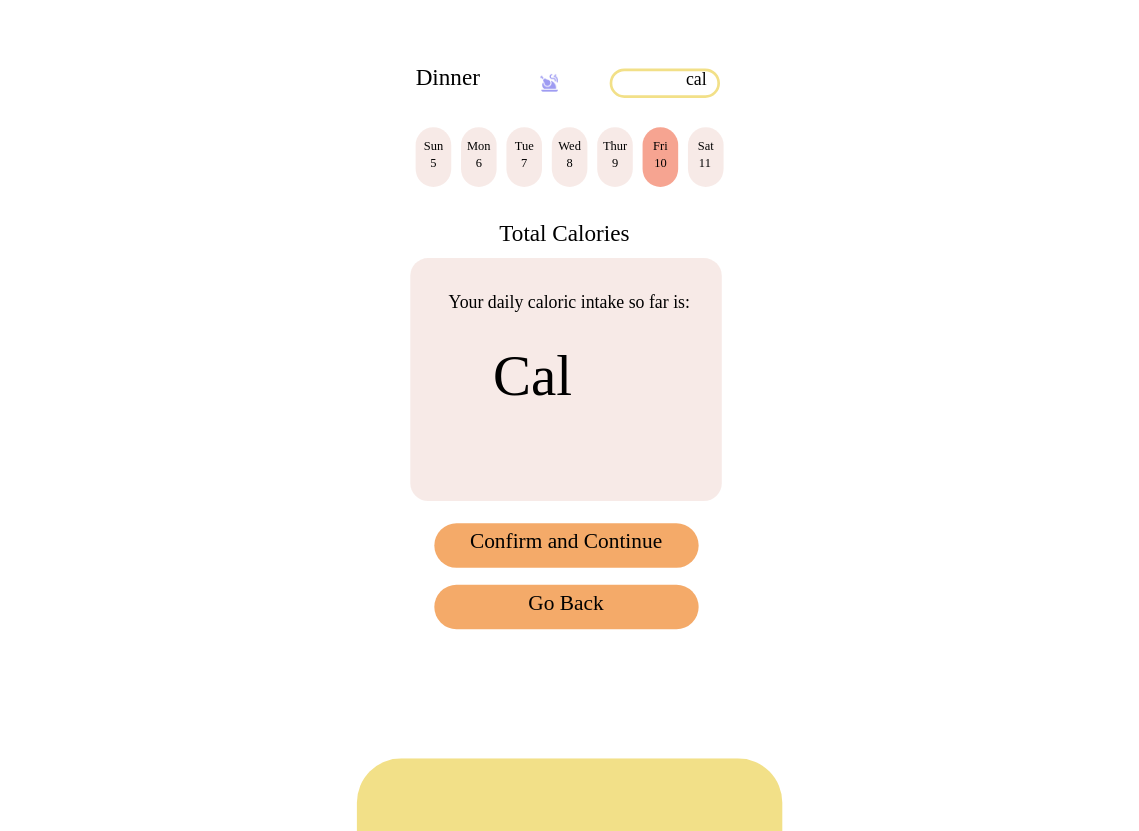
Repository: MeowCeline00/G5-Calorie-Tracker
Page: DinnerCalCounter/index.html
The author's editor kept a copy of each file at every save. The page is drawn from the files as they stood at one save, then again after a run of saves.
The browser window is 1280 px wide. The pictures show the whole page, at 89% of full size.

Above is the page before, as saved 2024-05-26 14:15:17.

### DinnerCalCounter/index.html
<!DOCTYPE html>
<html>
<head>
  	<meta charset="utf-8">
  	<meta name="viewport" content="initial-scale=1, width=device-width">

  	<link rel="stylesheet" href="./global.css" />
  	<link rel="stylesheet"  href="./index.css" />

</head>
<body>
	<div class="pageContainer">
		<div class="pageInnerContainer">
			<!-- <div class="add-page-container"> -->
  	<div class="add-page">
    		<div class="add-page-child">
    		</div>
    		<div class="add-page-item">
    		</div>
    		<div class="add-page-inner">
    		</div>
    		<div class="rectangle-div">
    		</div>
    		<div class="add-page-child1">
    		</div>
    		<div class="add-page-child2">
    		</div>
    		<div class="add-page-child3">
    		</div>
    		<div class="add-page-child4">
    		</div>

    		<div class="total-calories">Total Calories</div>
    		<div class="breakfast">Dinner</div>
    		<div class="div">5</div>
    		<div class="sun">Sun</div>
    		<div class="mon">Mon</div>
    		<div class="tue">Tue</div>
    		<div class="wed">Wed</div>
    		<div class="thur">Thur</div>
    		<div class="fri">Fri</div>
    		<div class="sat">Sat</div>
    		<div class="div1">6</div>
    		<div class="div2">7</div>
    		<div class="div3">8</div>
    		<div class="div4">9</div>
    		<div class="div5">10</div>
    		<div class="div6">11</div>
    		<div class="add-page-child5">
    		</div>
    		<div class="add-page-child6">
    		</div>
    		<div class="confirm-and-continue">Confirm and Continue</div>
			<div><a class="go-back" href="/dinnerAddPage/index.html">Go Back</a></div>    		<div class="add-page-child7">
    		</div>
    		<div class="cal">cal</div>
    		<img class="fluent-mdl2breakfast-icon" alt="diner" src="/Images/mdi_dinner.png">

    		<div class="add-page-child8">
    		</div>
    		<div class="your-daily-caloric">Your daily caloric intake so far is:</div>
    		<div class="cal1">
      			<span></span>
      			<span class="cal2">Cal</span>
			</div>
			</div>

	  <div class="navBarContainer">
		<div class="navBar">
		<!-- <a href="/index.html"><img class="image1" src="/Images/Vector.png "></a>
		<a href="/index.html"><img class="image02"src="/Images/vector02.png "></a>
		<a href="/index.html"><img class="image03" src="/Images/Vector1.png"></a> -->
		</div>
	</div>
</div>
</div>




</body>
</html>

### DinnerCalCounter/global.css

body {
    margin: 0;
    line-height: normal;
}


:root {

    /* fonts */
    --body-20-medium: Catamaran;
    --heading-26-regular: Saira;

    /* font sizes */
    --body-20-medium-size: 20px;
    --font-size-sm: 14px;
    --heading-26-regular-size: 26px;
    --body-24-regular-size: 24px;

    /* Colors */
    --purple: #9e9bf2;
    --yellow: #f2e088;
    --color-black: #000;
    --lighter-nav-bar: rgba(247, 232, 229, 0.9);
    --color-sandybrown: rgba(242, 149, 68, 0.8);

    /* Border radiuses */
    --br-xl: 20px;
    --br-17xl: 36px;

}

### DinnerCalCounter/index.css
.add-page-child {
    position: absolute;
    top: 582px;
    left: 0px;
    width: 393px;
    height: 55px;
}
.add-page-item {
    position: absolute;
    top: 143px;
    left: 26px;
    border-radius: var(--br-xl);
    background-color: var(--lighter-nav-bar);
    width: 40px;
    height: 67px;
}
.add-page-inner {
    position: absolute;
    top: 143px;
    left: 77px;
    border-radius: var(--br-xl);
    background-color: var(--lighter-nav-bar);
    width: 40px;
    height: 67px;
}
.rectangle-div {
    position: absolute;
    top: 143px;
    left: 128px;
    border-radius: var(--br-xl);
    background-color: var(--lighter-nav-bar);
    width: 40px;
    height: 67px;
}
.add-page-child1 {
    position: absolute;
    top: 143px;
    left: 179px;
    border-radius: var(--br-xl);
    background-color: var(--lighter-nav-bar);
    width: 40px;
    height: 67px;
}
.add-page-child2 {
    position: absolute;
    top: 143px;
    left: 230px;
    border-radius: var(--br-xl);
    background-color: var(--lighter-nav-bar);
    width: 40px;
    height: 67px;
}
.add-page-child3 {
    position: absolute;
    top: 143px;
    left: 281px;
    border-radius: var(--br-xl);
    background-color: rgba(242, 126, 99, 0.7);
    width: 40px;
    height: 67px;
}
.add-page-child4 {
    position: absolute;
    top: 143px;
    left: 332px;
    border-radius: var(--br-xl);
    background-color: var(--lighter-nav-bar);
    width: 40px;
    height: 67px;
}
.nav-bar-icon {
    position: absolute;
    top: 726px;
    left: 0px;
    width: 393px;
    height: 126px;
}
.total-calories {
    position: absolute;
    top: 248px;
    left: 120px;
    font-size: var(--heading-26-regular-size);
    font-weight: 500;
    font-family: var(--heading-26-regular);
    text-align: left;
    display: inline-block;
    width: 163px;
    height: 42px;
}
.breakfast {
    position: absolute;
    top: 72px;
    left: 26px;
    font-size: var(--heading-26-regular-size);
    font-weight: 500;
    font-family: var(--heading-26-regular);
    text-align: left;
    display: inline-block;
    width: 130px;
    height: 42px;
}
.div {
    position: absolute;
    top: 176px;
    left: 26px;
    display: inline-block;
    width: 40px;
    height: 42px;
}
.sun {
    position: absolute;
    top: 156px;
    left: 26px;
    display: inline-block;
    width: 40px;
    height: 20px;
}
.mon {
    position: absolute;
    top: 156px;
    left: 77px;
    display: inline-block;
    width: 40px;
    height: 20px;
}
.tue {
    position: absolute;
    top: 156px;
    left: 128px;
    display: inline-block;
    width: 40px;
    height: 20px;
}
.wed {
    position: absolute;
    top: 156px;
    left: 179px;
    display: inline-block;
    width: 40px;
    height: 20px;
}
.thur {
    position: absolute;
    top: 156px;
    left: 230px;
    display: inline-block;
    width: 40px;
    height: 20px;
}
.fri {
    position: absolute;
    top: 156px;
    left: 281px;
    display: inline-block;
    width: 40px;
    height: 20px;
}
.sat {
    position: absolute;
    top: 156px;
    left: 332px;
    display: inline-block;
    width: 40px;
    height: 20px;
}
.div1 {
    position: absolute;
    top: 176px;
    left: 77px;
    display: inline-block;
    width: 40px;
    height: 42px;
}
.div2 {
    position: absolute;
    top: 176px;
    left: 128px;
    display: inline-block;
    width: 40px;
    height: 42px;
}
.div3 {
    position: absolute;
    top: 176px;
    left: 179px;
    display: inline-block;
    width: 40px;
    height: 42px;
}
.div4 {
    position: absolute;
    top: 176px;
    left: 230px;
    display: inline-block;
    width: 40px;
    height: 42px;
}
.div5 {
    position: absolute;
    top: 176px;
    left: 281px;
    display: inline-block;
    width: 40px;
    height: 42px;
}
.div6 {
    position: absolute;
    top: 176px;
    left: 332px;
    display: inline-block;
    width: 38px;
    height: 42px;
}
.add-page-child5 {
    position: absolute;
    top: 588px;
    left: 47px;
    border-radius: var(--br-17xl);
    background-color: var(--color-sandybrown);
    width: 297px;
    height: 50px;
}
.add-page-child6 {
    position: absolute;
    top: 657px;
    left: 47px;
    border-radius: var(--br-17xl);
    background-color: var(--color-sandybrown);
    width: 297px;
    height: 50px;
}
.confirm-and-continue {
    position: absolute;
    top: 595px;
    left: 80px;
    font-size: var(--body-24-regular-size);
    display: inline-block;
    width: 230px;
    height: 42px;
}
.go-back {
    position: absolute;
    top: 664px;
    left: 80px;
    font-size: var(--body-24-regular-size);
    display: inline-block;
    width: 230px;
    height: 42px;
    cursor: pointer;
    text-decoration: none;
    color: black
}
.add-page-child7 {
    position: absolute;
    top: 77px;
    left: 244px;
    border-radius: var(--br-xl);
    background-color: #fff;
    border: 3px solid var(--yellow);
    box-sizing: border-box;
    width: 124px;
    height: 33px;
}
.cal {
    position: absolute;
    top: 78px;
    left: 313px;
    font-size: var(--body-20-medium-size);
    font-weight: 500;
    color: var(--color-cornflowerblue);
    text-align: right;
    display: inline-block;
    width: 40px;
    height: 23px;
}
.fluent-mdl2breakfast-icon {
    position: absolute;
    top: 81px;
    left: 164px;
    width: 25px;
    height: 25px;
}
.add-page-child8 {
    position: absolute;
    top: 290px;
    left: 20px;
    border-radius: var(--br-xl);
    background-color: var(--lighter-nav-bar);
    width: 350px;
    height: 273px;
}
.your-daily-caloric {
    position: absolute;
    top: 328px;
    left: 63px;
    font-size: var(--body-20-medium-size);
}
.cal2 {
    color: var(--color-cornflowerblue);
}
.cal1 {
    position: absolute;
    top: 386px;
    left: 113px;
    font-size: 64px;
    text-align: right;
}
.add-page {
    width: 100%;
    position: relative;
    background-color: rgba(255, 255, 255, 0.92);
    height: 852px;
    overflow: hidden;
    text-align: center;
    font-size: var(--font-size-sm);
    color: var(--color-black);
    font-family: var(--body-20-medium);
    left: 40px;
}


.navBar {
    background-color: #F2E088;
    width: 430px;
    height: 50px;
    display: flex;
    flex-direction: row;
    justify-content: space-between;
    align-items: center;
    padding-left: 1.5em;
    padding-right: 1.5em;
    padding-top: 1em;
    padding-bottom: 1em;
    border-top-left-radius: 50px;
    border-top-right-radius: 50px;
}

.image1 {
    width: 50px;
    height: 42.5;
}
.image02 {
    position: relative;
    width: 66.67px;
    height: 66.67px;
    background-color: #fff;
    padding:0.25em ;
    border-radius: 360px;
    top: -50px;
}

.image03 {
    width: 41.25px;
    height: 45.58;
}

.navBar a {
    padding: 0em;
    margin: 0em;
}

.pageContainer {
    display: flex;

    flex-direction: column;
    align-items: center;


}
.pageInnerContainer {
    display: flex;
    flex-direction: column;
    align-items: center;
    justify-content: center;

}

.add-page-container {
    display: flex;
    justify-content: center;
    flex-direction: column;
}

### scripts/app.js
document.addEventListener('DOMContentLoaded', () => {
    navigateTo('landing');
});

function navigateTo(page) {
    switch (page) {
        case 'landing':
            renderLandingPage();
            break;
        case 'home':
            renderHomePage();
            break;
        case 'profile':
            renderProfilePage();
            break;
        case 'lunchCalorie':
            window.location.href = '/lunchAddPage/index.html';
            break;
        case 'addNew':
            window.location.href = '/addPage/Add.html';
            break;
        case 'dinnerCalorie':
            window.location.href = '/dinnerAddPage/index.html';
            break;
        case 'snacksCalorie':
            window.location.href = '/snacksAddPage/index.html';
            break;
        case 'breakfastCalorie':
            window.location.href = '/breakfastAddPage/index.html';
            break;
        case 'burnedCalorie':
            window.location.href = '/burnedAddPage/index.html';
            break;
        default:
            console.error('Invalid page:', page);
            break;
    }
}

### scripts/navbar.js
function renderNavbar() {
    return `
      <div class="navContainer">
        <nav class="navbar">
          <div class="navItem" onclick="navigateTo('home')">
            <img src="/images/home_icon.svg" alt="Home" width="60" height="60" />
          </div>
          <div class="addButtonContainer">
            <div class="addnewButton" onclick="navigateTo('addNew')">
              <img src="/images/add_icon.svg" alt="Add" width="80" height="80" />
            </div>
          </div>
          <div class="navItem" onclick="navigateTo('recipes')">
            <img src="/images/recipes_icon.svg" alt="Recipes" width="55" height="55" />
          </div>
        </nav>
      </div>
    `;
}

After the next 2 saves:
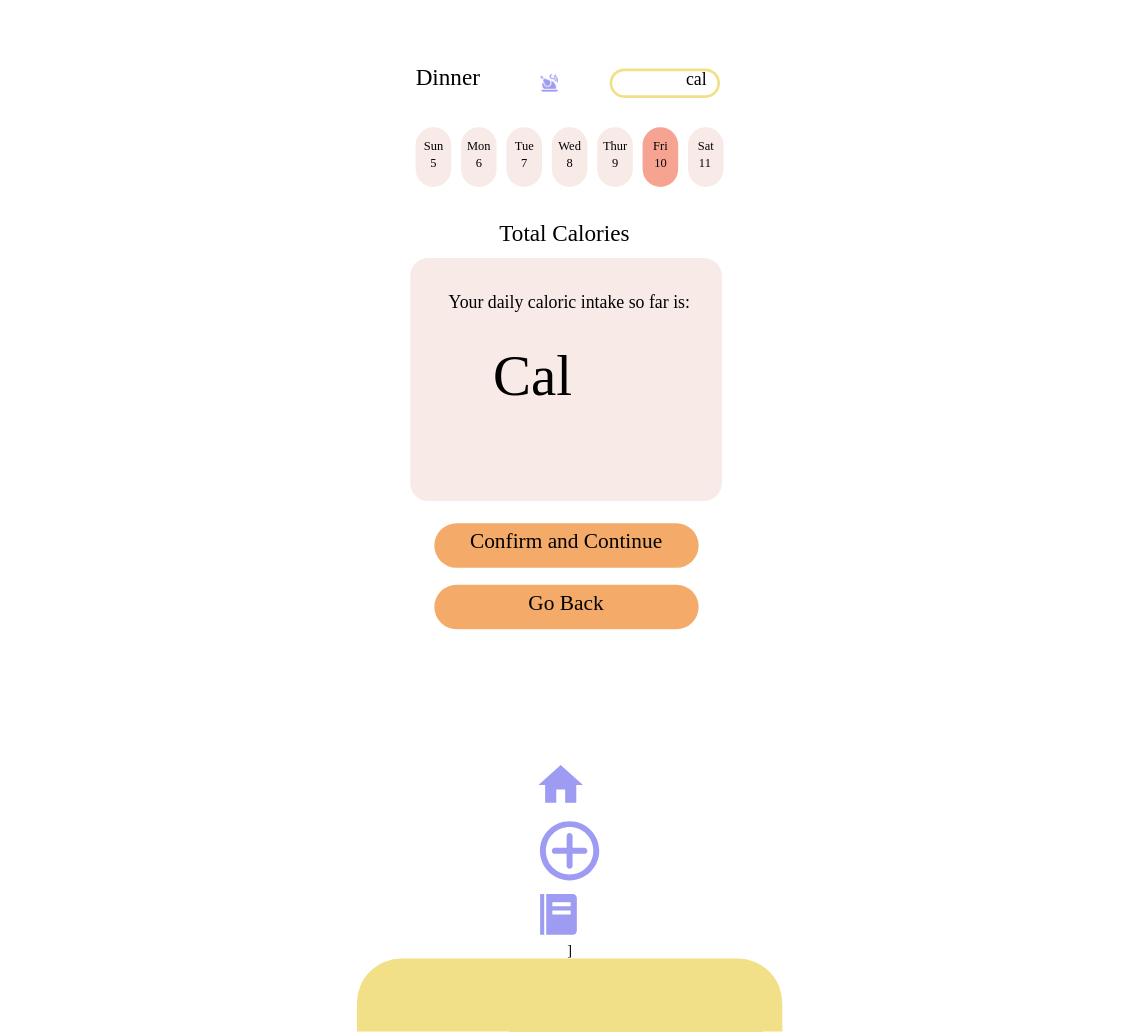
Console error: ReferenceError: renderLandingPage is not defined
The 2 saves are shown as one change because they came seconds apart.
The last was saved 7 s later.
--- a/DinnerCalCounter/index.html
+++ b/DinnerCalCounter/index.html
@@ -64,7 +64,23 @@
       			<span class="cal2">Cal</span>
 			</div>
 			</div>
-
+			<div class="navContainer">
+				<nav class="navbar">
+				  <div class="navItem" onclick="navigateTo('home')">
+					<img src="/images/home_icon.svg" alt="Home" width="60" height="60" />
+				  </div>
+				  <div class="addButtonContainer">
+					<div class="addnewButton" onclick="navigateTo('addNew')">
+					  <img src="/images/add_icon.svg" alt="Add" width="80" height="80" />
+					</div>
+				  </div>
+				  <div class="navItem" onclick="navigateTo('recipes')">
+					<img src="/images/recipes_icon.svg" alt="Recipes" width="55" height="55" />
+				  </div>
+				</nav>
+			  </div>
+			  <script src="/scripts/app.js"></script>
+			]  <script src="/scripts/navbar.js"></script>
 	  <div class="navBarContainer">
 		<div class="navBar">
 		<!-- <a href="/index.html"><img class="image1" src="/Images/Vector.png "></a>
